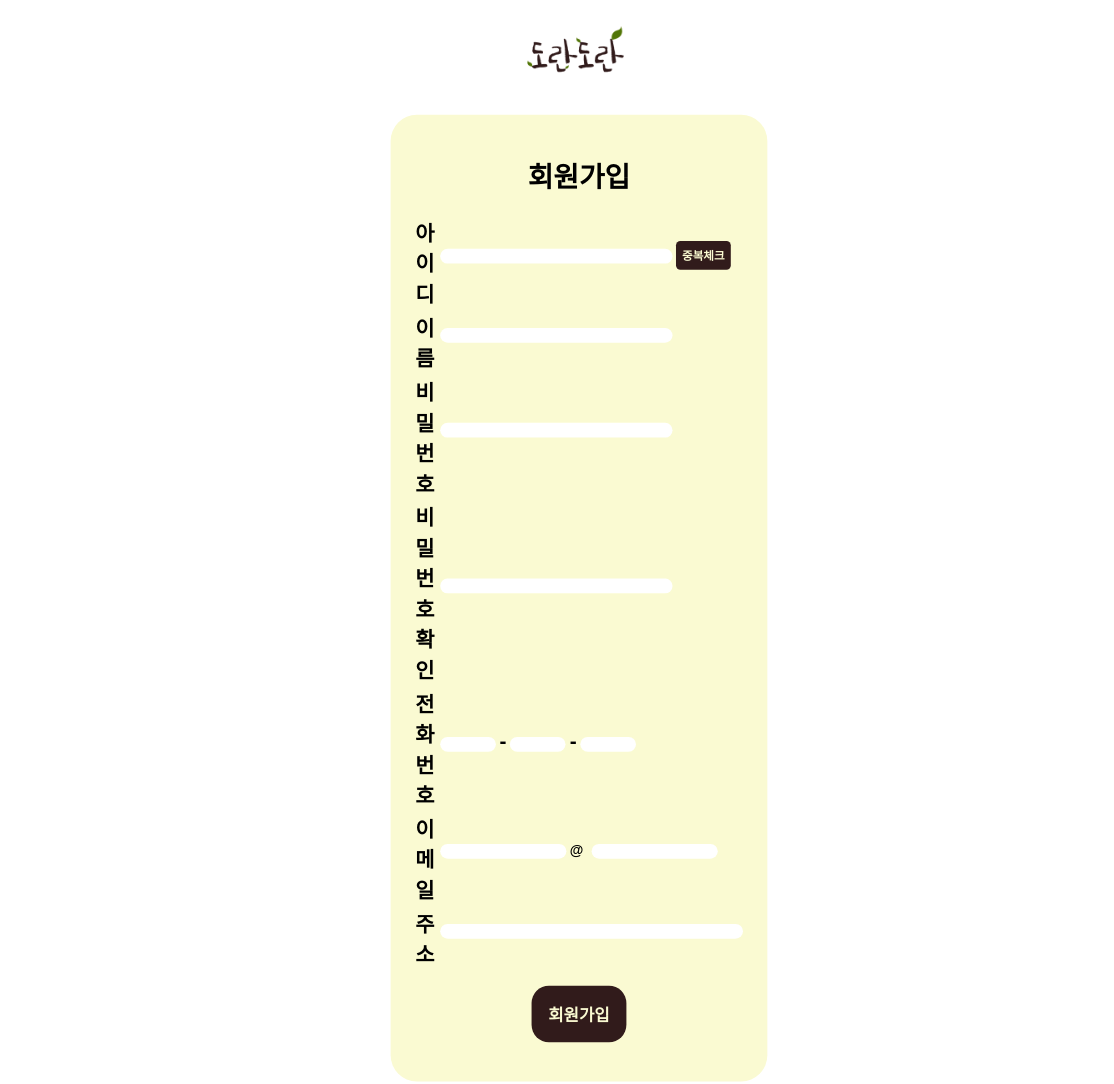
Repository: juhyun110701/DORANDORAN
Page: http://localhost/dorandoran/signup.jsp
The author's editor kept a copy of each file at every save. The page is drawn from the files as they stood at one save, then again after the next save.
The browser window is 1280 px wide. The pictures show the whole page, at 87% of full size.
Some web fonts or font styles are not loaded; a fallback is used. The page is served by Tomcat 9. Nobody is signed in. The application's start-up code is not run. Other server files are loaded and not shown.

Above is the page before, as saved 2019-07-21 08:28:34.

### dorandoran/WebContent/signup.jsp
<%@ page language="java" contentType="text/html; charset=UTF-8"
    pageEncoding="UTF-8" import="java.sql.*"%>
<%@ page import="doran.db.connection.DBConnection" %>
<!DOCTYPE html>
<html>
<head>
    <meta charset="UTF-8">
    <title>도란도란 : 회원가입</title>
    <link rel="stylesheet" href="css/signup.css">
    <link href="https://fonts.googleapis.com/css?family=Sunflower:300&display=swap" rel="stylesheet">
    <style>
    	.btn2{
    		background-color:#311b1b;
    		color:lightgoldenrodyellow;
    		border:0;
			outline:0;
			border-radius:5px;
			padding:2%;
    	}
    </style>
    <script>
	    var pattern1 = /[0-9]/;
	    var pattern2 = /[a-zA-Z]/;
	    var pattern3 = /[*!%@#^]/;
	    var pattern4=/[~\$<>&]/;
	    var pw_msg = "";

	    window.onload=function(){
			document.form.id.focus();
		}

	    function inputIdChk(){
	    	document.form.idDuplication.value="uncheck";
	    }

	    function idchk(inputid){
	    	if(document.form.id.value==""){
				alert("아이디를 입력해주세요");
				document.form.id.focus();
				return;
			}
	    	window.name="form";
	    	var popupX = (window.screen.width/2)-(400/2);
	    	var popupY= (window.screen.height/2)-(200/2);
	    	window.open("idDupChk.jsp?id="+document.form.id.value,"chkForm","width=400, height=200, resizable=no, scrollbars=no, left="+popupX+", top="+popupY);
	    }

	    function check(){
			if(document.form.id.value==""){
				alert("아이디를 입력해주세요");
				document.form.id.focus();
				return;
			}

			/*if(document.form.idDuplication.value=="uncheck"){
				alert("아이디 중복을 확인해주세요");
				return;
			}*/

			if(document.form.pw.value==""){
				alert("비밀번호를 입력해주세요");
				document.form.pw.focus();
				return;
			}
			if(document.form.pwchk.value==""){
				alert("비밀번호 확인란을 입력해주세요");
				document.form.pwchk.focus();
				return;
			}
			if(document.form.tel1.value=="" || document.form.tel2.value=="" || document.form.tel3.value==""){
				alert("전화번호를 입력해주세요");
				document.form.tel1.focus();
				return;
			}
			if(document.form.email1.value=="" || document.form.email2.value==""){
				alert("이메일을 입력해주세요");
				document.form.email1.focus();
				return;
			}
			if(pattern4.test(document.form.pw.value)){
				alert("특수문자는 *, !, %, @, #, ^만 사용이 가능합니다");
				return;
			}
			if(!pattern1.test(document.form.pw.value)||!pattern2.test(document.form.pw.value)||!pattern3.test(document.form.pw.value)||document.form.pw.value.length<8||document.form.pw.value.length>50){
	            alert("영문+숫자+특수기호 8자리 이상으로 구성하여야 합니다.");
	            return;
	        }
			if(document.form.pw.value !=document.form.pwchk.value){
				alert("비밀번호와 비밀번호 확인이 일치하지 않습니다");
				return;
			}

			document.forms['form'].submit();
		}//function check()
    </script>
</head>
<body onload="form.id.focus()">
<form name="form" action="signupProc.jsp" method="post">
    <table id="whole">
        <tr>
            <td width="47%"></td>
            <td width="12%"><a href="index.jsp"><img src="img/logo.png" width="80%"></a></td>
            <td width="41%"></td>
        </tr>
        <tr>
           <td colspan=3>
               <div id="box" align="center">
                   <h1>회원가입</h1>
                   <p/>
                   <table>
                      <tr>
                          <td>
                               <font size="5%">아이디</font>
                          </td>
                          <td>
                              <input type="text" name="id" class="text" size=30 onkeydown="inputIdChk()">
                              <input type="button" class="btn2" value="중복체크" onclick="idchk(this.form)"><p>
                              <!-- <input type="hidden" name="idDuplication" value="uncheck"> -->
                          </td>
                       </tr>
                       <tr>
                          <td>
                               <font size="5%">이름</font>
                          </td>
                          <td>
                              <input type="text" name="name" class="text" size=30><p>
                          </td>
                       </tr>
                       <tr>
                            <td>
                                <font size="5%">비밀번호</font>
                            </td>
                            <td>
                                <input type="password" name="pw" class="text" size=30><p>
                            </td>
                       </tr>
                       <tr>
                            <td>
                                <font size="5%">비밀번호 확인</font>
                            </td>
                            <td>
                                <input type="password" name="pwchk" class="text" size=30><p>
                            </td>
                       </tr>
                       <tr>
                            <td>
                                <font size="5%">전화번호</font>
                            </td>
                            <td>
                                <input type="tel" name="tel1" class="text" size=5> <font size="5%">-</font>
                                <input type="tel" name="tel2" class="text" size=5> <font size="5%">-</font>
                                <input type="tel" name="tel3" class="text" size=5><p>
                            </td>
                       </tr>
                       <tr>
                            <td>
                                <font size="5%">이메일</font>
                            </td>
                            <td>
                                <input type="email" name="email1" class="text" size=15><font size="3%">&nbsp;@&nbsp;</font>
                                <input type="email" name="email2" class="text" size=15><p>
                            </td>
                       </tr>
                       <tr>
                            <td>
                                <font size="5%">주소</font>
                            </td>
                            <td>
                                <input type="text" name="address" class="text" size=40><p>
                            </td>
                       </tr>
                       <tr>
                           <td colspan=2 align="center">
                           	<p>
                           	<input type="button" id="signup" class="btn" value="회원가입" onclick="check()">
                           </td>
                       </tr>
                   </table>

               </div>
           </td>
        </tr>
    </table>
</form>
</body>
</html>

### dorandoran/WebContent/css/signup.css
body{
    margin:0;
}

*{
    font-family: 'Sunflower', sans-serif;
    font-weight:bold;
}

#whole{
    width:100%;
    height:100%;
}

a{
    text-decoration: none;
}

#box{
    background-color:lightgoldenrodyellow;
    border-radius:30px;
    width:30%;
    margin-left: 35%;
    padding:2%;
}

.text{
	border-radius:10px;
	border:0;
	outline:0;
	padding-left:5px;
}

.btn{
	background-color:#311b1b;
	color:lightgoldenrodyellow;
	border-radius:20px;
	border:0;
	outline:0;
	padding:5%;
	font-size:120%;
}

#forget{
	color:#311b1b;
	padding-top:15%;
}

After the next save:
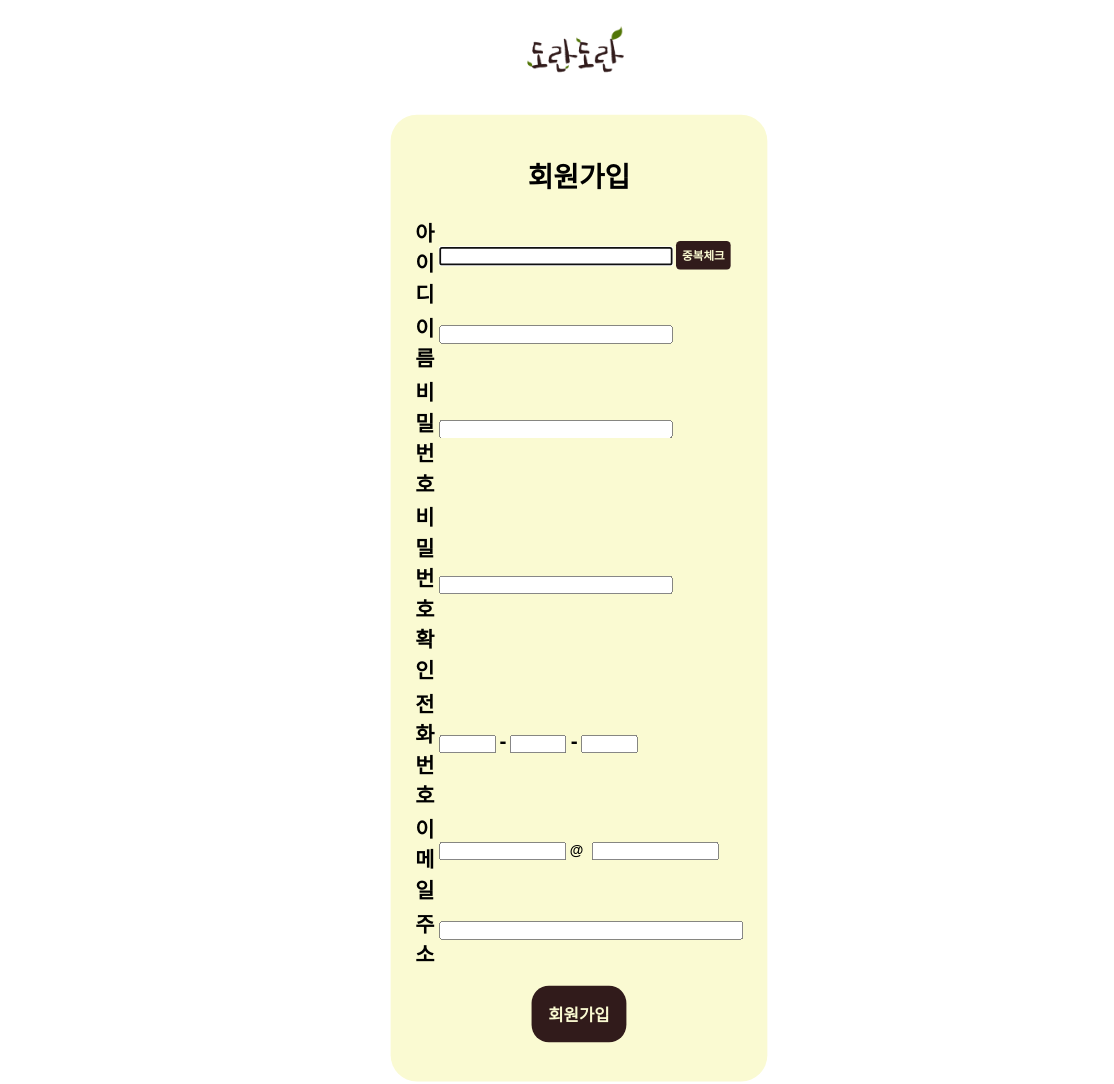
Saved 7 min 16 s later.
--- a/dorandoran/WebContent/css/signup.css
+++ b/dorandoran/WebContent/css/signup.css
@@ -24,12 +24,7 @@
     padding:2%;
 }
 
-.text{
-	border-radius:10px;
-	border:0;
-	outline:0;
-	padding-left:5px;
-}
+
 
 .btn{
 	background-color:#311b1b;

After the save that followed:
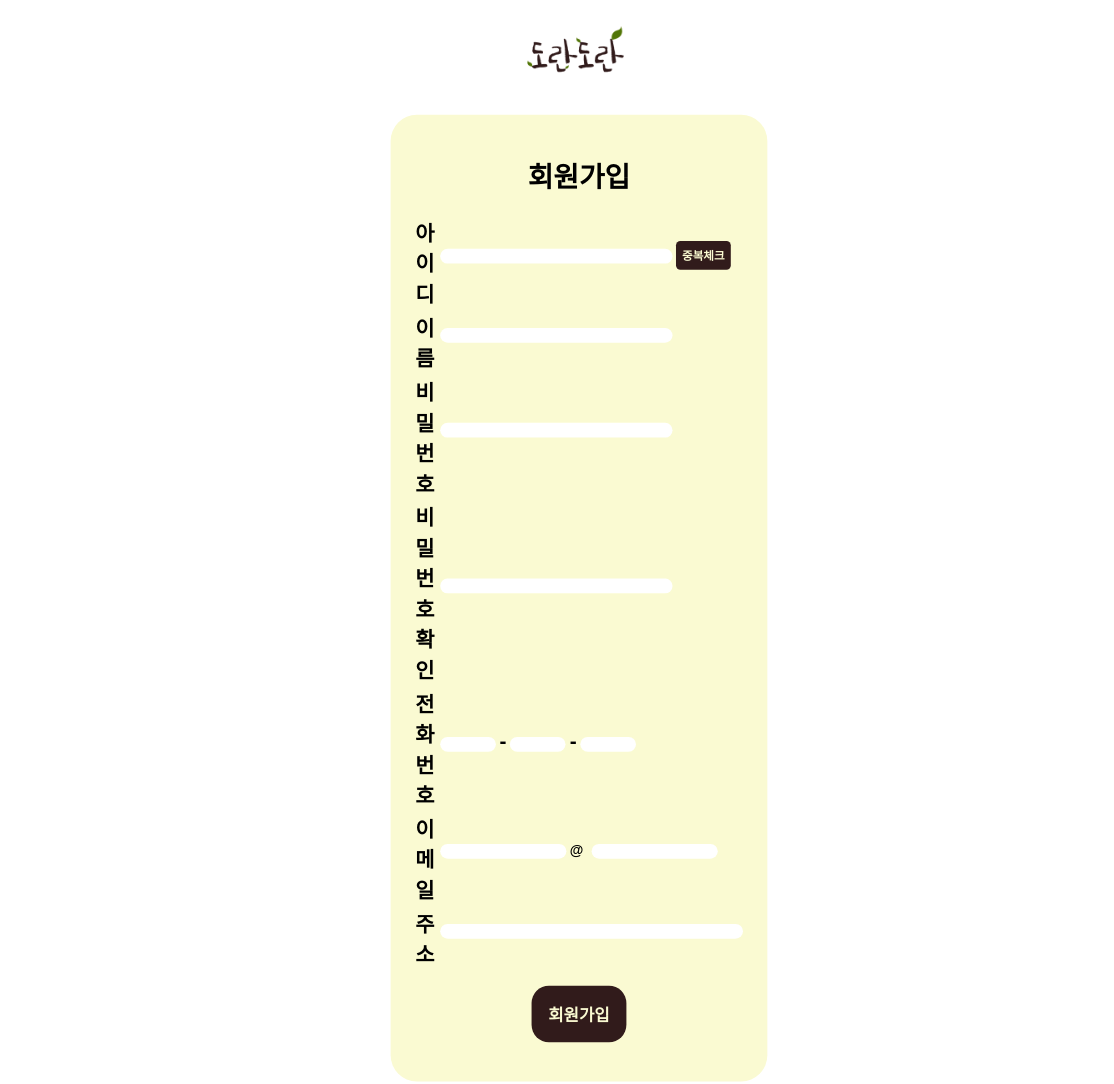
Saved 22 s later.
--- a/dorandoran/WebContent/css/signup.css
+++ b/dorandoran/WebContent/css/signup.css
@@ -24,7 +24,12 @@
     padding:2%;
 }
 
-
+.text{
+	border-radius:10px;
+	border:0;
+	outline:0;
+	padding-left:5px;
+}
 
 .btn{
 	background-color:#311b1b;
